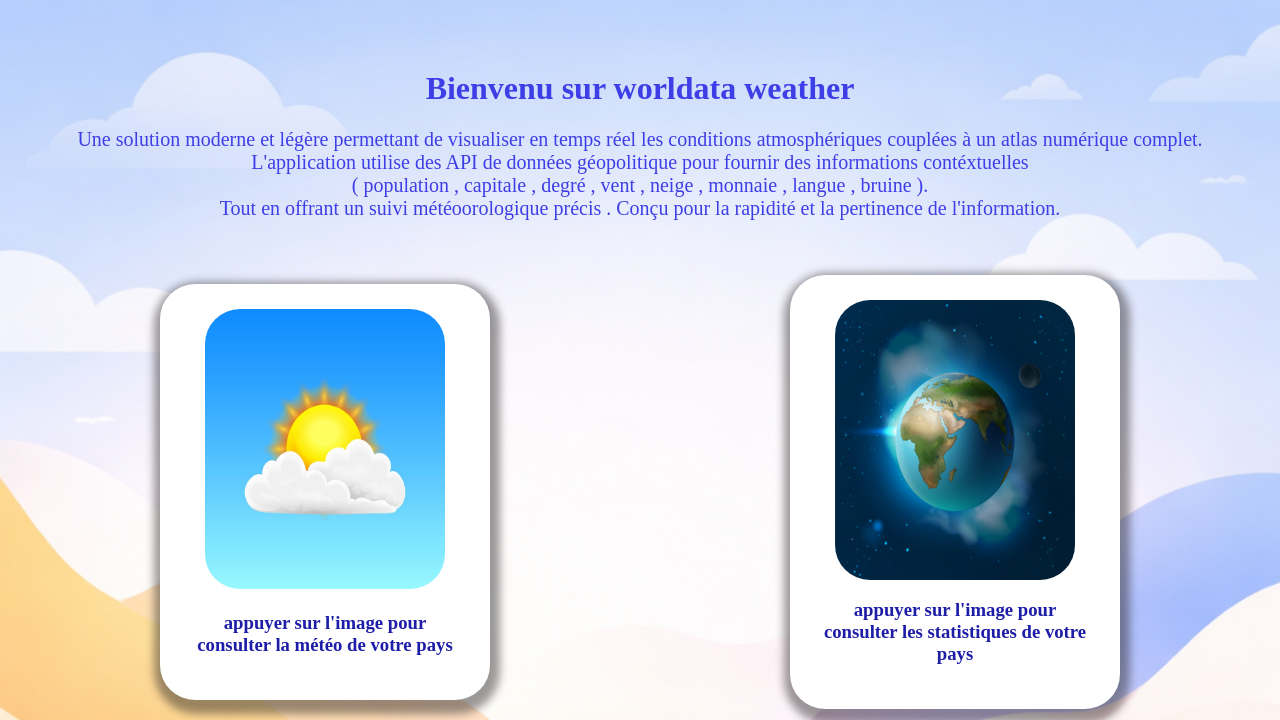
Repository: assanendao171/meteo
Page: index.html
These files come from the project's save history. The page is drawn as it stood at one moment and after a run of saves; the edit follows.
The browser window is 1280 px wide. The pictures show the whole page.

Above is the page before, as saved 2026-03-18 17:25:30.

After the next 6 saves:
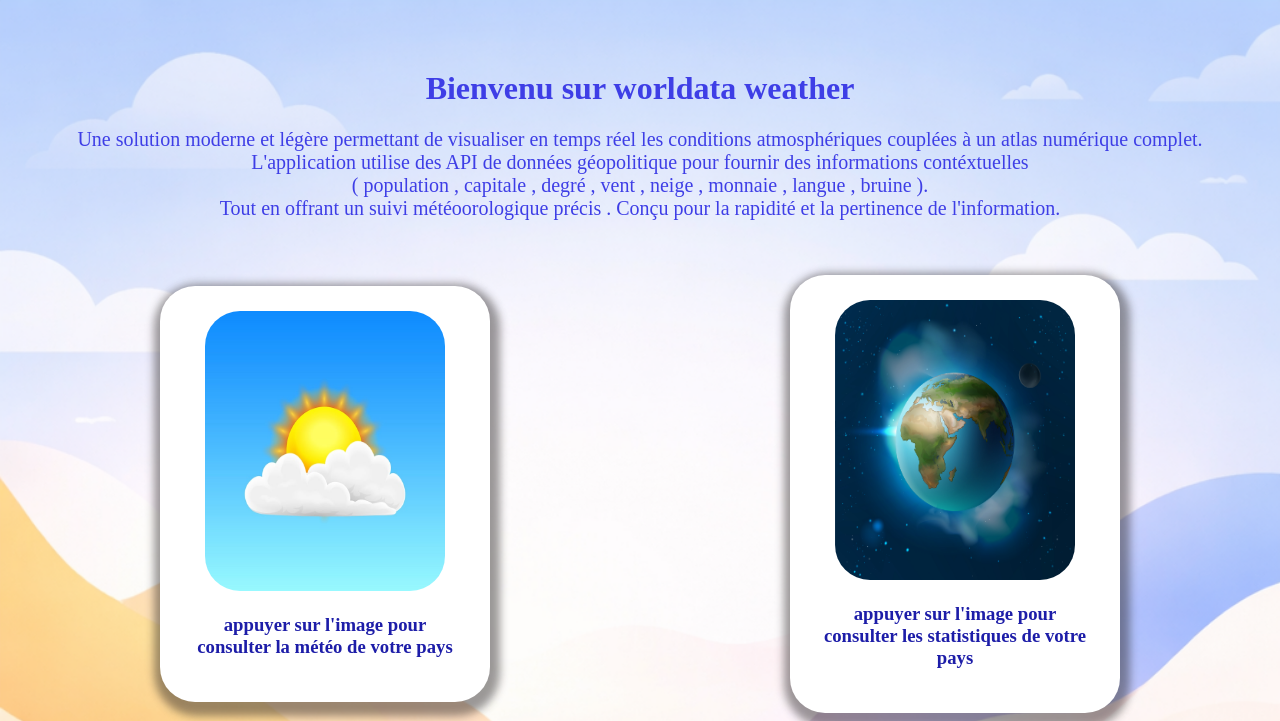
The 6 saves are shown as one change because they came seconds apart.
The last was saved 16 s later.
--- a/index.html
+++ b/index.html
@@ -19,9 +19,8 @@
 <h3>appuyer sur l'image pour consulter la météo de votre pays</h3>
         </div>
         <div id="img2">
-<a href="donne.html"></a><img src="18966224.jpg" alt="la terre">
+<a href="donne.html" target="_parent"><img src="18966224.jpg" alt="la terre"></a>
 <h3>appuyer sur l'image pour consulter les statistiques de votre pays</h3>
-
 
         </div>
     </div>
